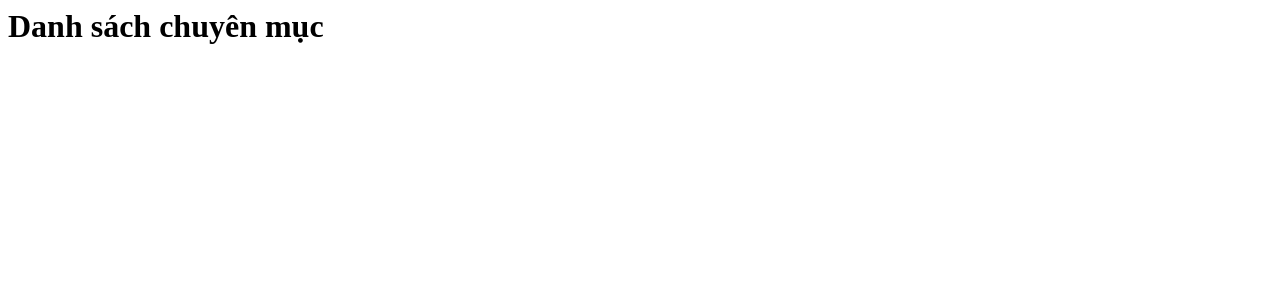
Repository: DongVersion2/laravel-test
Page: http://localhost/categories/add
These files come from the project's save history. The page is drawn as it stood at one moment and after the next save; the edit follows.
The browser window is 1280 px wide. The pictures show the whole page.
The page is served by the project's Laravel application, run on PHP 8.4 with Laravel 8.

Above is the page before, as saved 2024-05-03 08:50:42.

After the next save:
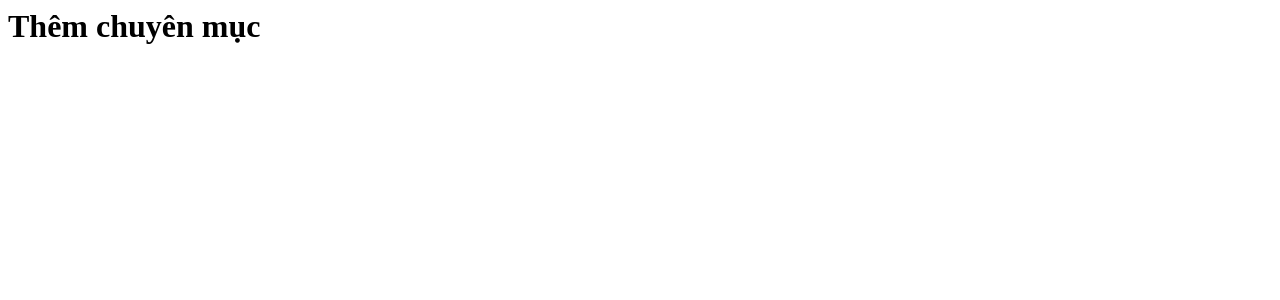
Saved 19 s later.
--- a/resources/views/clients/categories/add.php
+++ b/resources/views/clients/categories/add.php
@@ -1 +1 @@
-<h1>Danh sách chuyên mục</h1>
+<h1>Thêm chuyên mục</h1>
